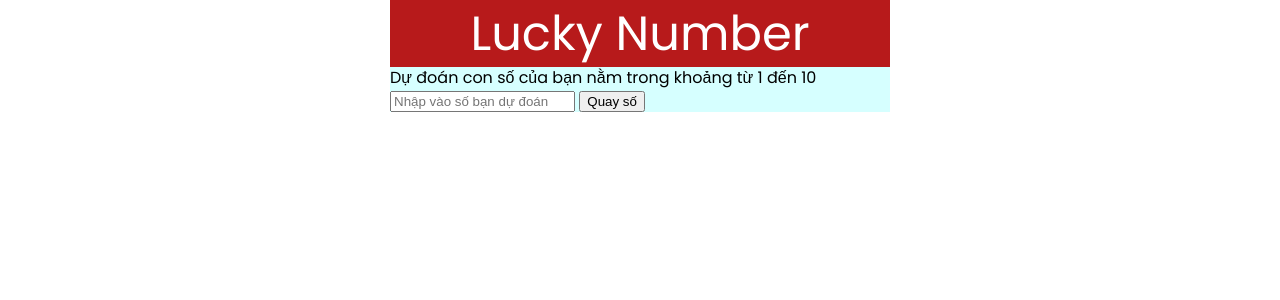
Repository: whis16720/PhuNguyen-C4EJS-D15
Page: index.html
The author's editor kept a copy of each file at every save. The page is drawn from the files as they stood at one save, then again after the next save.
The browser window is 1280 px wide. The pictures show the whole page.
The style sheet was rebuilt from its Sass, Less or Tailwind sources for each picture, by a compiler version that may differ from the author's.

Above is the page before, as saved 2020-09-22 19:36:18.

After the next save:
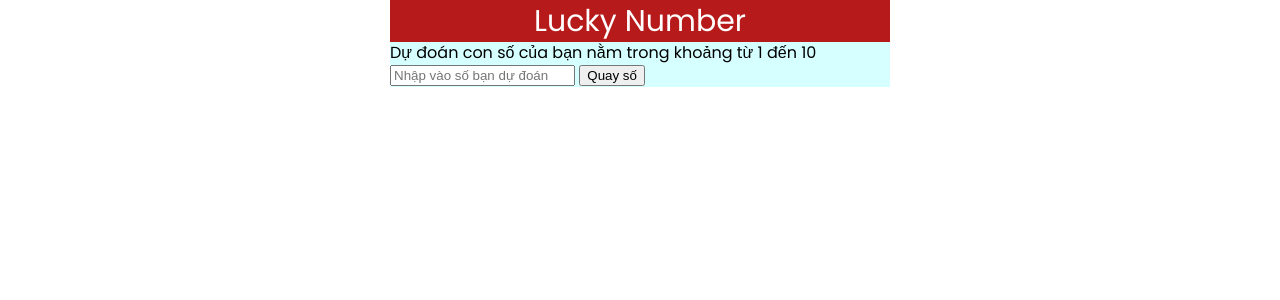
Saved 4 s later.
--- a/style.scss
+++ b/style.scss
@@ -6,7 +6,7 @@
 	background-color: #d6ffff;
 	&__name {
 		text-align: center;
-		font-size: 3rem;
+		font-size: 30px;
 		background-color: #b71a1b;
 		color: white;
 	}
